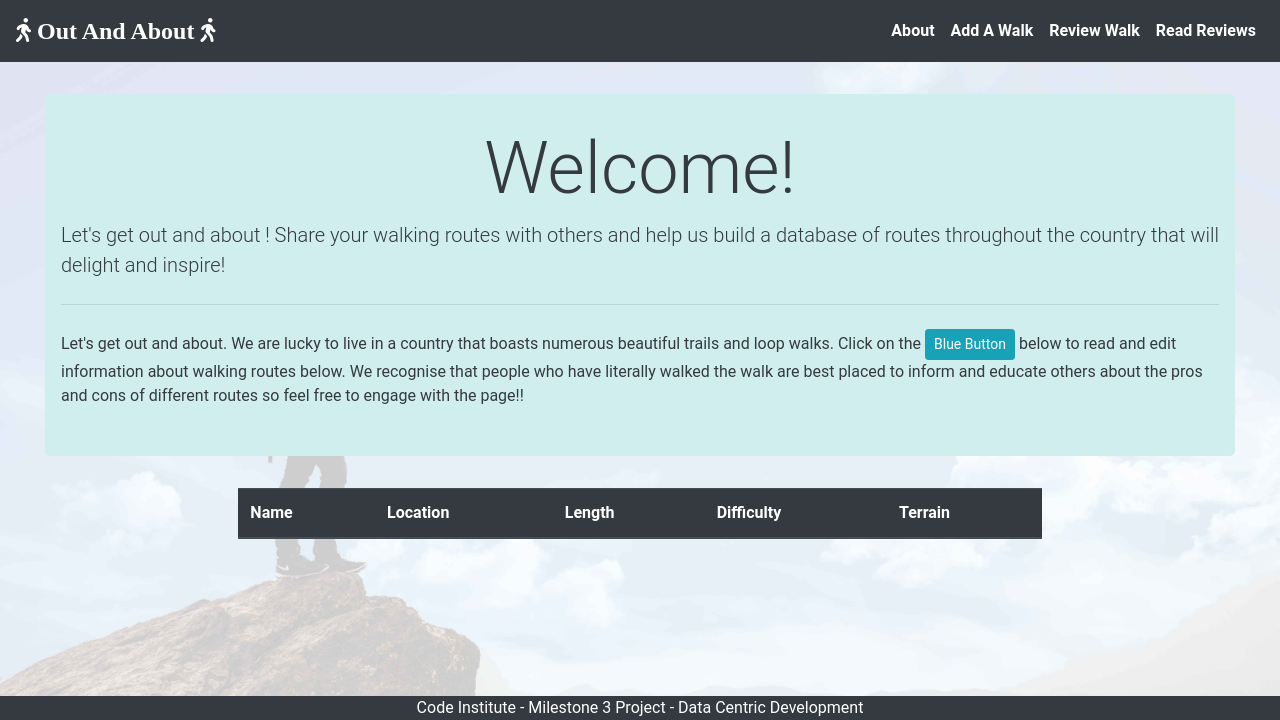
Repository: 5803emma/days-of-walking
Page: http://localhost/
The author's editor kept a record of every edit. The page is drawn from the files as they stood at one moment, then again after the next edit.
The browser window is 1280 px wide. The pictures show the whole page.
Some web libraries are served in a nearby version. The page is served by the project's application, run on Flask 3 (app.py). Queries for data that is not in the repository find no rows.

Above is the page before.

### templates/home.html
{% extends 'base.html'%} {% block content %}

<div class="container-fluid">

 <div class="row-welcome justify-content-center">
  <div class="col-12 text-dark">
   <div class="jumbotron">
    <h1 class="display-3">Welcome!</h1>
    <p class="lead">Let's get out and about ! Share your walking routes with others and help us build a database of routes throughout the country that will delight and inspire!</p>
    <hr class="my-4">
    <p>Let's get out and about. We are lucky to live in a country that boasts numerous beautiful trails and loop walks. Click on the <button type="button" class="btn btn-info btn-sm">Blue Button</button> below to read and edit information about walking routes below. We recognise that people who have literally walked the walk are best placed to inform and educate others about the pros and cons of different routes so feel free to engage with the page!!</p>
   </div>
  </div>
 </div>

<div class="row justify-content-center">
  <div class="col-12 col-md-8 table-responsive table-data">
   <table class="table table-hover">
    <thead class="thead-dark">
     <tr>
      <th scope="col">Name</th>
      <th scope="col">Location</th>
      <th scope="col">Length</th>
      <th scope="col">Difficulty</th>
      <th scope="col">Terrain</th>
     </tr>
    </thead>
    <tbody>

     {% for walk in walks %}
     <tr>
      <td><a class="btn btn-info btn-sm" href="{{url_for('edit_walk', walk_id=walk._id)}}" role="button">{{walk.walk_name}}</a></td>
      <td>{{walk.walk_location}}</td>
      <td>{{walk.walk_length}}</td>
      <td>{{walk.walk_difficulty}}</td>
      <td>{{walk.walk_terrain}}</td>
     </tr>
     {% endfor %}
    </tbody>
   </table>


  </div>
  {% endblock %}

### templates/base.html
<!DOCTYPE html>
<html>

<head>
    <link rel="stylesheet" href="https://stackpath.bootstrapcdn.com/bootstrap/4.4.1/css/bootstrap.min.css">
    <link rel="stylesheet" href="https://cdnjs.cloudflare.com/ajax/libs/font-awesome/5.12.0/css/all.min.css" />
    <link rel="stylesheet" href="{{ url_for('static', filename='css/style.css') }}" type="text/css" />
</head>

<body>
    <header>
        <nav class="navbar navbar-expand-md navbar-dark bg-dark home-logo-text">
            <a class="navbar-brand" href="{{url_for('get_walks')}}"><i
                    class="fas fa-walking"></i> Out And About <i
                    class="fas fa-walking"></i></a>
            <button class="navbar-toggler" type="button" data-toggle="collapse" data-target="#navbarNavAltMarkup" aria-controls="navbarNavAltMarkup" aria-expanded="false" aria-label="Toggle navigation">
                <span class="navbar-toggler-icon"></span>
            </button>
            <div class="collapse navbar-collapse" id="navbarNavAltMarkup">
                <div class="navbar-nav ml-auto">
                    <a class="nav-item nav-link" href="{{url_for('about')}}">About</a>
                    <a class="nav-item nav-link" href="{{url_for('add_new_walk')}}">Add A Walk</a>
                    <a class="nav-item nav-link" href="{{url_for('walk_review')}}">Review Walk</a>
                     <a class="nav-item nav-link" href="{{url_for('read_review')}}">Read Reviews</a>
                </div>
            </div>

        </nav>
    </header>

    <!-- Container for injected templates -->
    <div class="container-fluid justify-content-center">


    {% block content %} {% endblock %}

 <!-- Footer -->
  <footer class="bg-dark fixed-bottom">
    <div class="container-fluid">
      <p class="m-0 text-center text-white">Code Institute - Milestone 3 Project - Data Centric Development</p>
    </div>
    <!-- /.container -->
  </footer>

    <script src="https://code.jquery.com/jquery-3.4.1.slim.min.js"></script>
    <script src="https://cdn.jsdelivr.net/npm/popper.js@1.16.0/dist/umd/popper.min.js"></script>
    <script src="https://stackpath.bootstrapcdn.com/bootstrap/4.4.1/js/bootstrap.min.js"></script>
</body>

</html>

### app.py
import os
from flask import Flask, render_template, redirect, request, url_for
from flask_pymongo import PyMongo
from bson.objectid import ObjectId

app = Flask(__name__)

app.config["MONGO_DBNAME"] = 'walking_app'
app.config["MONGO_URI"] = 'mongodb+srv://root:johnbell@myfirstcluster-20lqh.mongodb.net/walking_app?retryWrites=true&w=majority'

mongo = PyMongo(app)

@app.route("/")
@app.route("/get_walks")
def get_walks():
    return render_template("home.html", walks=mongo.db.walks.find())

@app.route("/about")
def about():
    return render_template("about.html")


@app.route("/add_new_walk")
def add_new_walk():
    return render_template("add_walk.html")


@app.route("/insert_walk", methods=['POST'])
def insert_walk():
    walk = mongo.db.walks
    walk.insert_one(request.form.to_dict())
    return redirect(url_for('get_walks'))

# Update Information About Walk

@app.route("/edit_walk/<walk_id>")
def edit_walk(walk_id):
    the_walk = mongo.db.walks.find_one({"_id": ObjectId(walk_id)})
    return render_template("update_walk.html", walk=the_walk)

@app.route("/update_walk/<walk_id>", methods=["POST"])
def update_walk(walk_id):
    walk = mongo.db.walks
    walk.update({'_id': ObjectId(walk_id)}, {
        'walk_name' : request.form.get('walk_name'),
        'walk_location' : request.form.get('walk_location'),
        'walk_length' : request.form.get('walk_length'),
        'walk_difficulty' : request.form.get('walk_difficulty'),
        'walk_terrain' : request.form.get('walk_terrain')
    })
    return redirect(url_for('get_walks'))

# Delete Option

@app.route("/delete_walk/<walk_id>")
def delete_walk(walk_id):
    mongo.db.walks.remove({'_id': ObjectId(walk_id)})
    return redirect(url_for('get_walks'))

@app.route("/leave_review")
def walk_review():
    return render_template("walk_review.html", walks=mongo.db.walks.find())

# Sends the data that the user inserts to the database

@app.route("/walk_review", methods=['POST'])
def insert_review():
    review = mongo.db.reviews
    review.insert_one(request.form.to_dict())
    return redirect(url_for('walk_review'))


@app.route("/read_review")
def read_review():
    return render_template("read_reviews.html", reviews=mongo.db.reviews.find())

if __name__ == "__main__":
    app.run(host=os.environ.get("IP", "0.0.0.0"),
    port=int(os.environ.get("PORT", "5000")),
    debug=True)

### static/css/style.css
body {
  background-image: url(../images/bg-image.jpg);
  background-color: #FAFAFA;
  background-repeat: no-repeat;
  background-size: cover;
  font-family: 'Roboto', sans-serif;
}

.navbar-dark .navbar-brand {
    color: #fff;
    font-weight: bold;
    font-family: "Tangerine", cursive;
    font-size: 1.5rem;
}

.navbar-dark .navbar-nav .nav-link {
    color: #fff;
    font-weight: bold;
}

h1, h2 {
  text-align: center;
}

.jumbotron {
    margin-top: 2rem;
    padding: 2rem 1rem;
    margin-bottom: 2rem;
    background-color: #D1EEEE;
    border-radius: .3rem;
}

.display-4 {
    font-size: 3.5rem;
    font-weight: 300;
    line-height: 1.2;
    font-family: "Tangerine", cursive;
}

.row {
  margin-top: 1rem;
  margin-bottom: 1rem;
}

.media-body {
  margin-top: 10px;
}

.btn-success {
    color: #fff;
    background-color: #5F9F9F;
    border-color: #5F9F9F;
}

After the next edit:
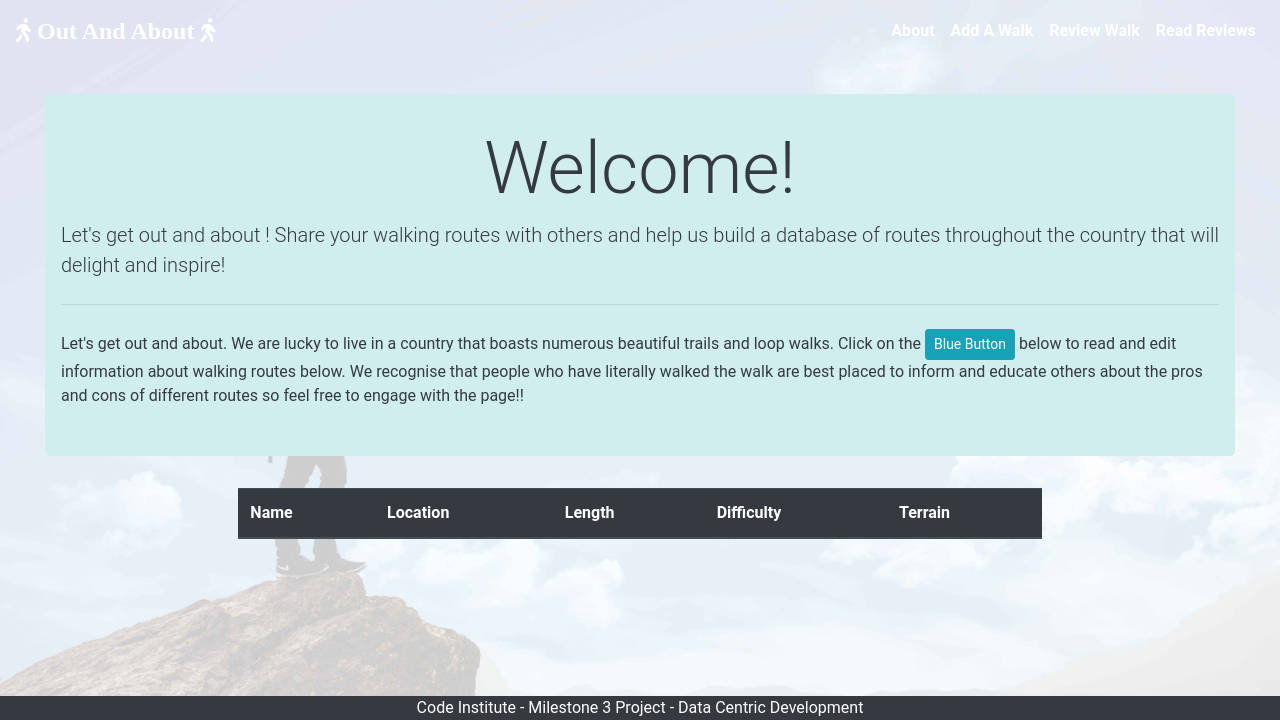
The edit:
--- a/templates/base.html
+++ b/templates/base.html
@@ -9,7 +9,7 @@
 
 <body>
     <header>
-        <nav class="navbar navbar-expand-md navbar-dark bg-dark home-logo-text">
+        <nav class="navbar navbar-expand-md navbar-dark home-logo-text">
             <a class="navbar-brand" href="{{url_for('get_walks')}}"><i
                     class="fas fa-walking"></i> Out And About <i
                     class="fas fa-walking"></i></a>
